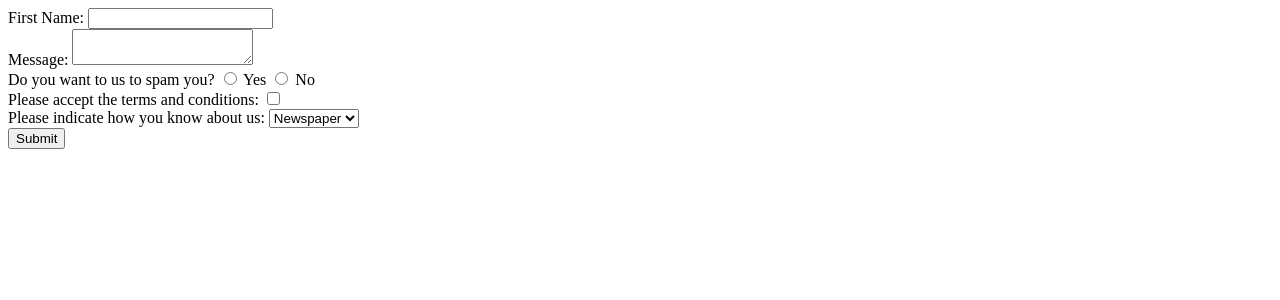
Repository: kunxin-chor/python-flask-form-processing
Page: templates/form.html
The author's editor kept a record of every edit. The page is drawn from the files as they stood at one moment, then again after the next edit.
The browser window is 1280 px wide. The pictures show the whole page.
The page is served by the project's application, run on Flask 3 (run.py). The template is opened directly, without the code that normally fills it, so the values that code supplies are empty.

Above is the page before.

After the next edit:
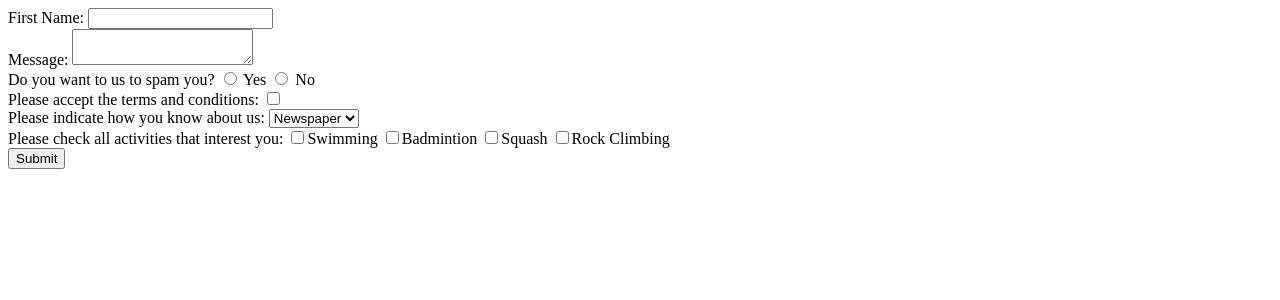
The edit:
--- a/templates/form.html
+++ b/templates/form.html
@@ -34,6 +34,13 @@
                 <option value="4">Others</option>
             </select>
         </div>
+        <div class='form-group'>
+            Please check all activities that interest you:
+            <input type="checkbox" name="activities[]" value="swimming"></input>Swimming
+            <input type="checkbox" name="activities[]" value-"badminton"></input>Badmintion
+            <input type="checkbox" name="activities[]" value="squash"></input>Squash
+            <input type="checkbox" name="activities[]" value-"rock-climbing"></input>Rock Climbing
+        </div>
         <input type="submit"></input>
     </form>
 </body>
